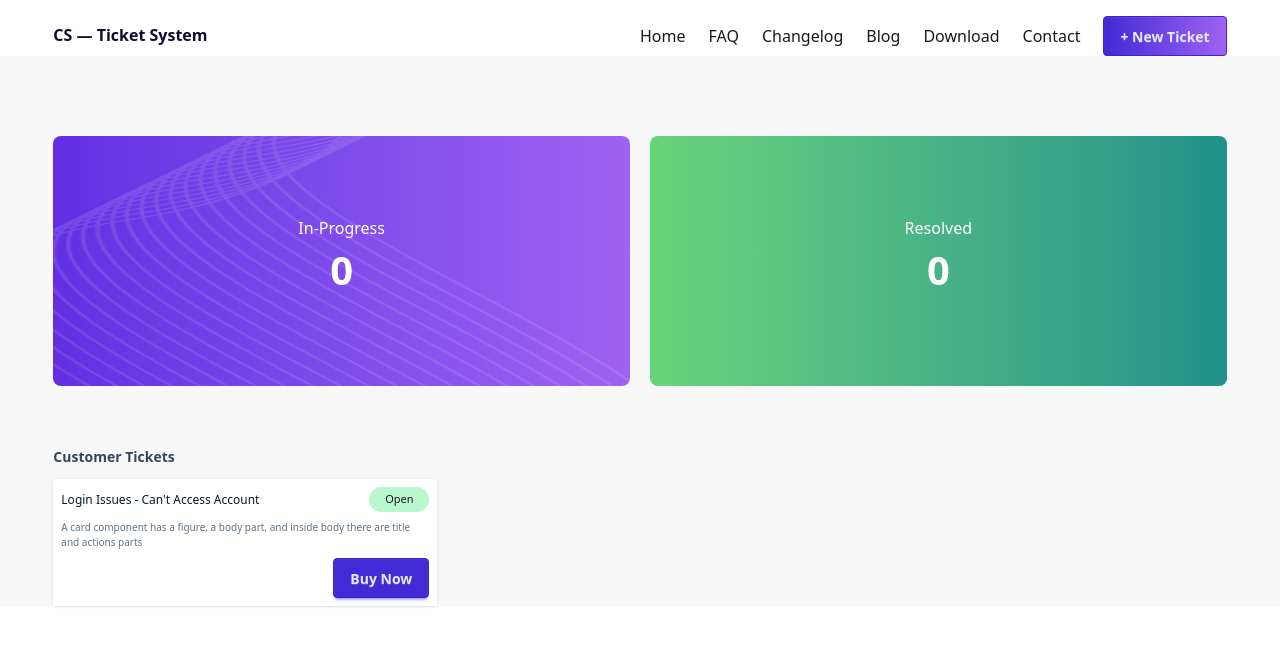
Repository: SanjidaSnigdha/Customer-Support-Zone
Page: /
The author's editor kept a copy of each file at every save. The page is drawn from the files as they stood at one save, then again after the next save.
The browser window is 1280 px wide. The pictures show the whole page.
The project was rebuilt for these pictures with package versions that can differ from the ones it lists, and the page was loaded fresh each time. Also part of the build but not shown: vite.config.js, src/App.css.

Above is the page before, as saved 2026-03-24 03:34:52.

After the next save:
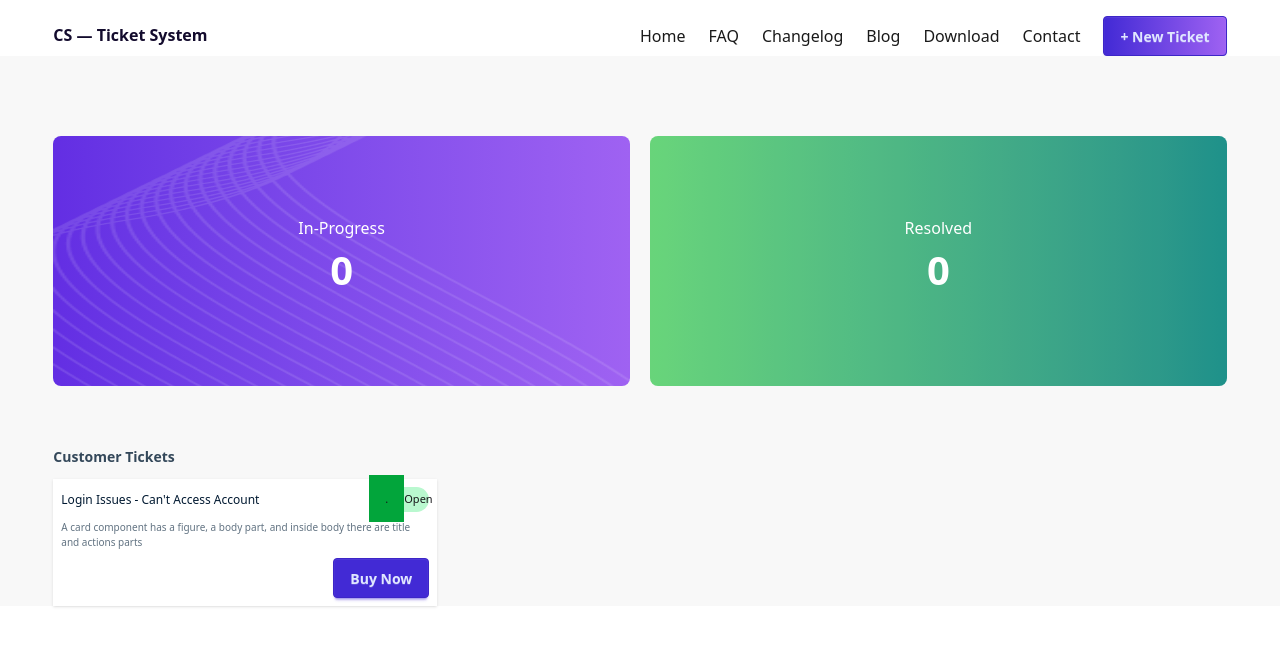
Saved 2 min 52 s later.
--- a/src/component/CustomerTickets/CustomerTickets.jsx
+++ b/src/component/CustomerTickets/CustomerTickets.jsx
@@ -10,7 +10,7 @@ const CustomerTickets = ({customerPromise}) => {
   <div className="card-body">
     <div className='flex justify-between'>
      <h2 className="card-title text-[#001931] font-medium text-[12px]">Login Issues - Can't Access Account</h2>
-     <button className='rounded-4xl bg-[#B9F8CF] w-[60px] h-[25px]'>Open</button>
+     <button className='rounded-4xl bg-[#B9F8CF] w-[60px] h-[25px]'><span className='bg-[#02A53B] px-4 py-4'>.</span>Open</button>
 
     </div>
     <p className='text-[#627382] text-[10px] font-medium'>A card component has a figure, a body part, and inside body there are title and actions parts</p>
